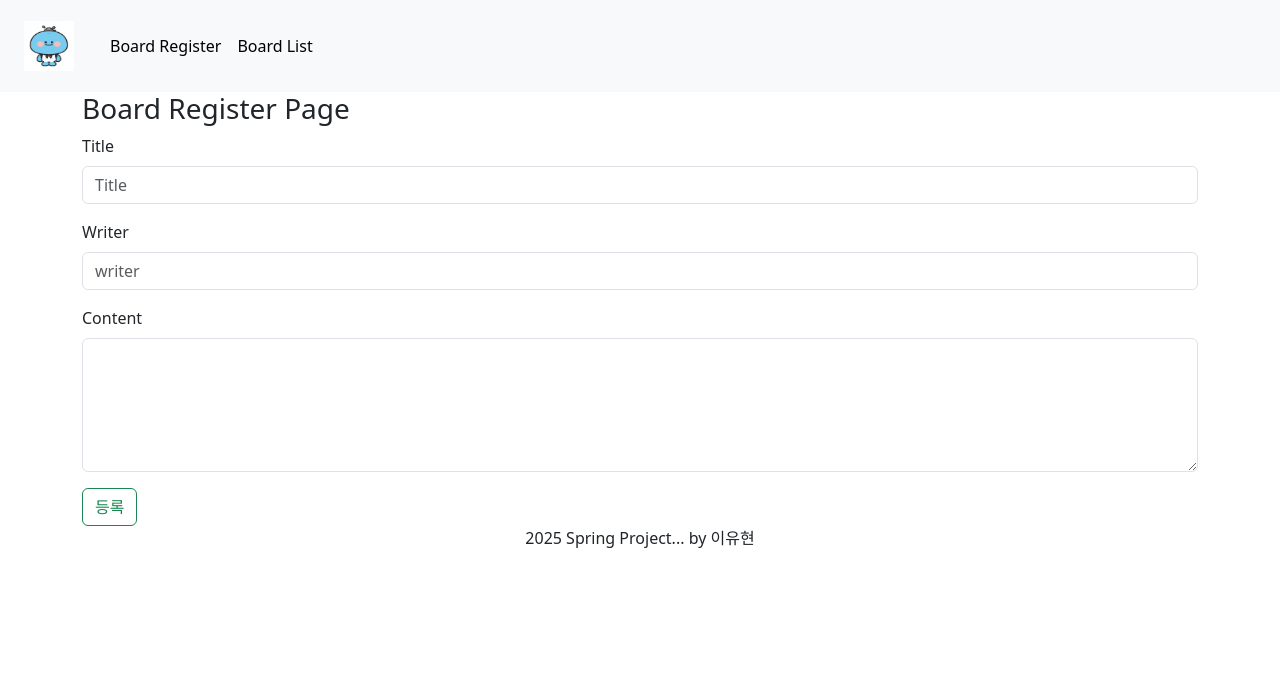
Repository: LeeYouHyeon/6.Spring
Page: http://localhost/spring_project/WEB-INF/views/board/register.jsp
The author's editor kept a copy of each file at every save. The page is drawn from the files as they stood at one save, then again after the next save.
The browser window is 1280 px wide. The pictures show the whole page.
The page is served by Tomcat 9. Nobody is signed in. The template is opened directly, without the code that normally fills it, so the values that code supplies are empty.

Above is the page before, as saved 2025-06-04 07:01:14.

After the next save:
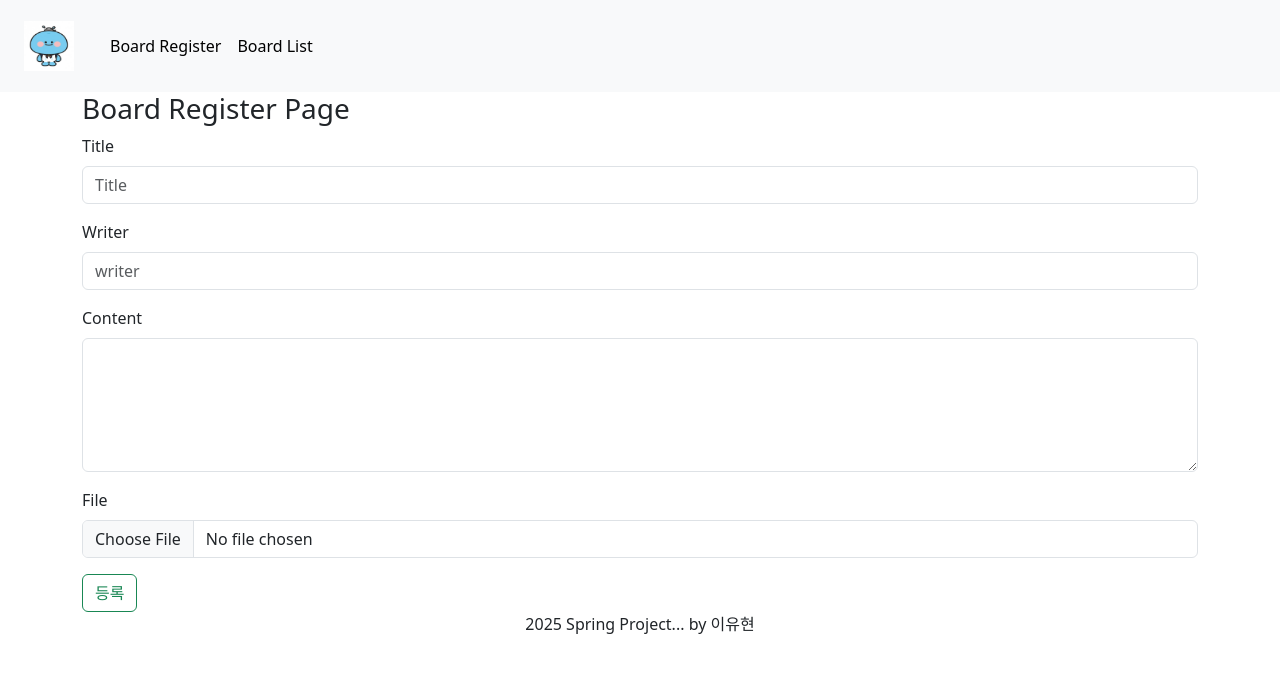
Saved 20 h 44 min later.
--- a/spring_project/src/main/webapp/WEB-INF/views/board/register.jsp
+++ b/spring_project/src/main/webapp/WEB-INF/views/board/register.jsp
@@ -5,6 +5,7 @@
 	<h3>Board Register Page</h3>
 
 	<form action="/board/insert" method="post">
+		<!-- bvo area -->
 		<div class="mb-3">
 			<label for="exampleFormControlInput1" class="form-label">Title</label>
 			<input type="text" class="form-control" id="exampleFormControlInput1" placeholder="Title" name="title" required>
@@ -18,6 +19,12 @@
 			<textarea class="form-control" id="exampleFormControlTextarea1" rows="5" name="content" required></textarea>
 		</div>
 
+		<!-- file area -->
+		<div class="mb-3">
+			<label for="exampleFormControlTextarea1" class="form-label">File</label>
+			<input type="file" class="form-control" id="file" name="files">
+		</div>
+
 		<button type="submit" class="btn btn-outline-success">등록</button>
 	</form>
 </div>
